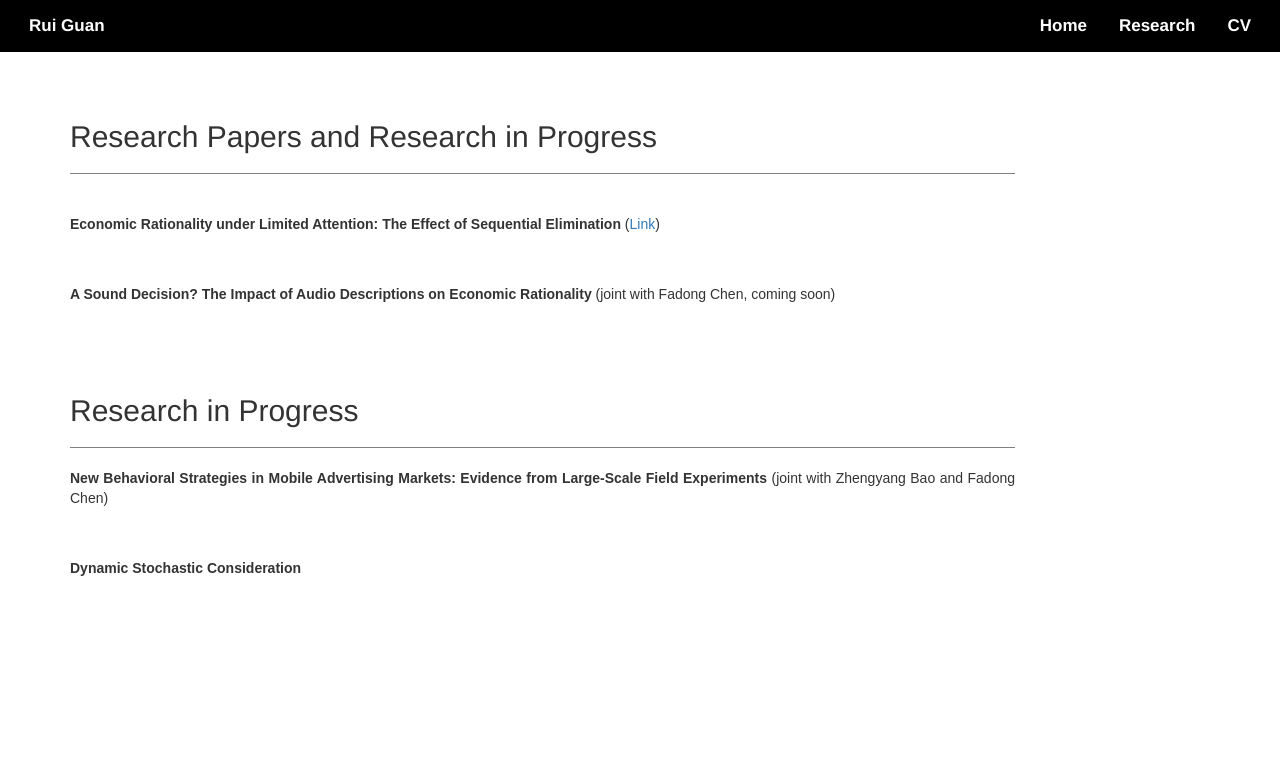
Repository: rui-guan/rui-guan.github.io
Page: research.html
These files come from the project's save history. The page is drawn as it stood at one moment and after the next save; the edit follows.
The browser window is 1280 px wide. The pictures show the whole page.

Above is the page before, as saved 2024-04-28 15:37:55.

### research.html

<!DOCTYPE html>
<html lang="en">


  <html lang="en">
    <head>
      <title>Rui Guan</title>
      <meta charset="utf-8">
      <meta name="viewport" content="width=device-width, initial-scale=1">
      <link rel="stylesheet" href="https://maxcdn.bootstrapcdn.com/bootstrap/3.3.6/css/bootstrap.min.css">
      <script src="https://ajax.googleapis.com/ajax/libs/jquery/1.12.0/jquery.min.js"></script>
      <script src="https://maxcdn.bootstrapcdn.com/bootstrap/3.3.6/js/bootstrap.min.js"></script>
      <link href='https://fonts.googleapis.com/css?family=Oswald:700' rel='stylesheet' type='text/css'>
      <style>

        p {text-align: justify;
          font-size: 14px;
          font-family: Arial, Helvetica, sans-serif;
        }


        nav{
    display: flex;
    position: fixed;
    top:0;
    width: 100%;
    background-color: black;
    overflow: auto;
    height: auto;
    padding-left: 15px;
    padding-right: 15px;
  }
  .left-links{
    flex:1 1 200px;
  }
  .links {
    display: inline-block;
    text-align: center;
    padding: 14px;
    color: white;
    text-decoration: none;
    font-size: 17px;
    font-weight: bolder;
  }
  .links:hover {
    color: white;
  }
  .selected{
    color: white;
  }

        </style>
    </head>
    <body>

    <!-- Navigation -->
<!-- Navigation -->
<nav>
  <div class="left-links">
    <a class="links"  href="index.html">Rui Guan</a>

  </div>
  <div class="right-links">

  <a class="links"  href="index.html">Home</a>
   <a class="links"  href="research.html">Research</a>
   <a class="links" href="./asset/cv.pdf">CV</a>
  </div>
  </nav>
  <!-- Page Content -->

  <br>
  <br>
  <br>
  <br>
  <br>

    <!-- Page Content -->
    <div class="container">

        <div class="row">
            <div class="col-md-10" style="height">
                <h2 id="slides">Research Papers and Research in Progress</h2>
                <hr style="height:1px;border-width:0;color:gray;background-color:gray">
                <br>
                <p>
                  <strong>Economic Rationality under Limited Attention: The Effect of Sequential Elimination</strong> (<a href="./paper/ERuLA.pdf">Link</a>)
                </p>
                <br>
                <br>
                <p>
                  <strong>A Sound Decision? The Impact of Audio Descriptions on Economic Rationality </strong> (joint with Fadong Chen, coming soon)
                </p>
                <br>
                <br>
                <br>

            <h2 id="slides">Research in Progress</h2>
            <hr style="height:1px;border-width:0;color:gray;background-color:gray">
            <p>
              <strong>New Behavioral Strategies in Mobile Advertising Markets: Evidence from Large-Scale Field Experiments </strong> (joint with Zhengyang Bao and Fadong Chen)
            </p>
            <br>
            <br>
            <p>
              <strong>Dynamic Stochastic Consideration</strong>
            </p>
            <br>
            <br>
            <br>
            <br>
            <br>
            <br>
            <br>
            <br>
            <br>

          </div>
        </div>

    </div>
    <!-- /.container -->

</body>

</html>

After the next save:
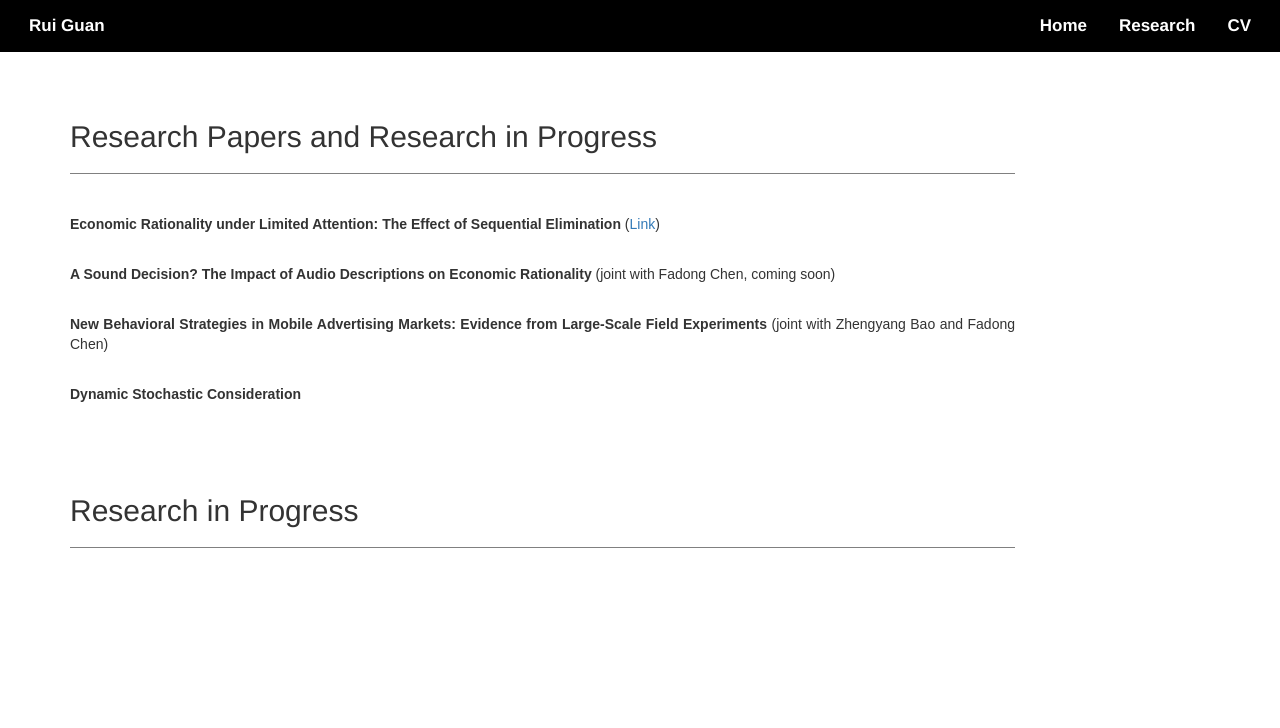
Saved 29 s later.
--- a/research.html
+++ b/research.html
@@ -88,9 +88,16 @@
                   <strong>Economic Rationality under Limited Attention: The Effect of Sequential Elimination</strong> (<a href="./paper/ERuLA.pdf">Link</a>)
                 </p>
                 <br>
+                <p>
+                  <strong>A Sound Decision? The Impact of Audio Descriptions on Economic Rationality </strong> (joint with Fadong Chen, coming soon)
+                </p>
                 <br>
                 <p>
-                  <strong>A Sound Decision? The Impact of Audio Descriptions on Economic Rationality </strong> (joint with Fadong Chen, coming soon)
+                  <strong>New Behavioral Strategies in Mobile Advertising Markets: Evidence from Large-Scale Field Experiments </strong> (joint with Zhengyang Bao and Fadong Chen)
+                </p>
+                <br>
+                <p>
+                  <strong>Dynamic Stochastic Consideration</strong>
                 </p>
                 <br>
                 <br>
@@ -98,15 +105,7 @@
 
             <h2 id="slides">Research in Progress</h2>
             <hr style="height:1px;border-width:0;color:gray;background-color:gray">
-            <p>
-              <strong>New Behavioral Strategies in Mobile Advertising Markets: Evidence from Large-Scale Field Experiments </strong> (joint with Zhengyang Bao and Fadong Chen)
-            </p>
-            <br>
-            <br>
-            <p>
-              <strong>Dynamic Stochastic Consideration</strong>
-            </p>
-            <br>
+
             <br>
             <br>
             <br>
